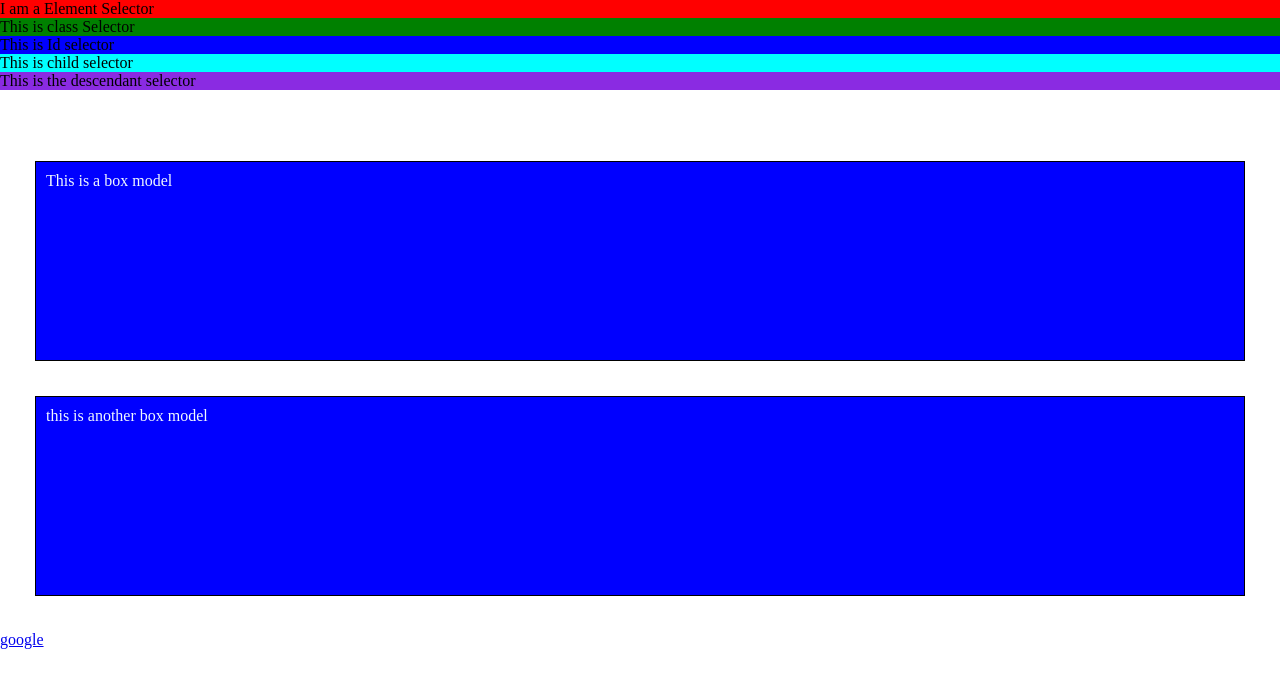
Repository: diensy/Web_dev
Page: first.css/selector.html
These files come from the project's save history. The page is drawn as it stood at one moment and after the next save; the edit follows.
The browser window is 1280 px wide. The pictures show the whole page.

Above is the page before, as saved 2024-05-22 20:38:51.

After the next save:
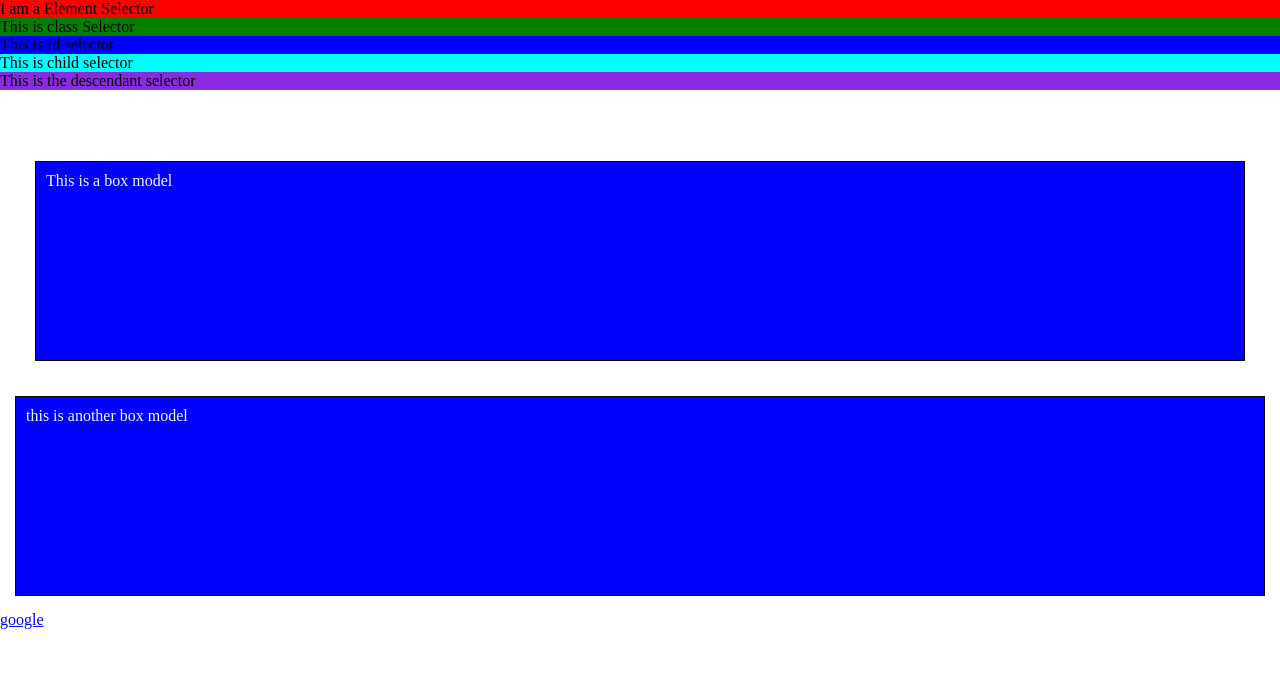
Saved 12 s later.
--- a/first.css/selector.html
+++ b/first.css/selector.html
@@ -52,7 +52,7 @@
       .box2 {
         color: aliceblue;
         background-color: blue;
-        margin: 35px;
+        margin: 15px;
         padding: 10px;
         border: 1px solid black;
         height: 200px;

After the 2 saves that followed:
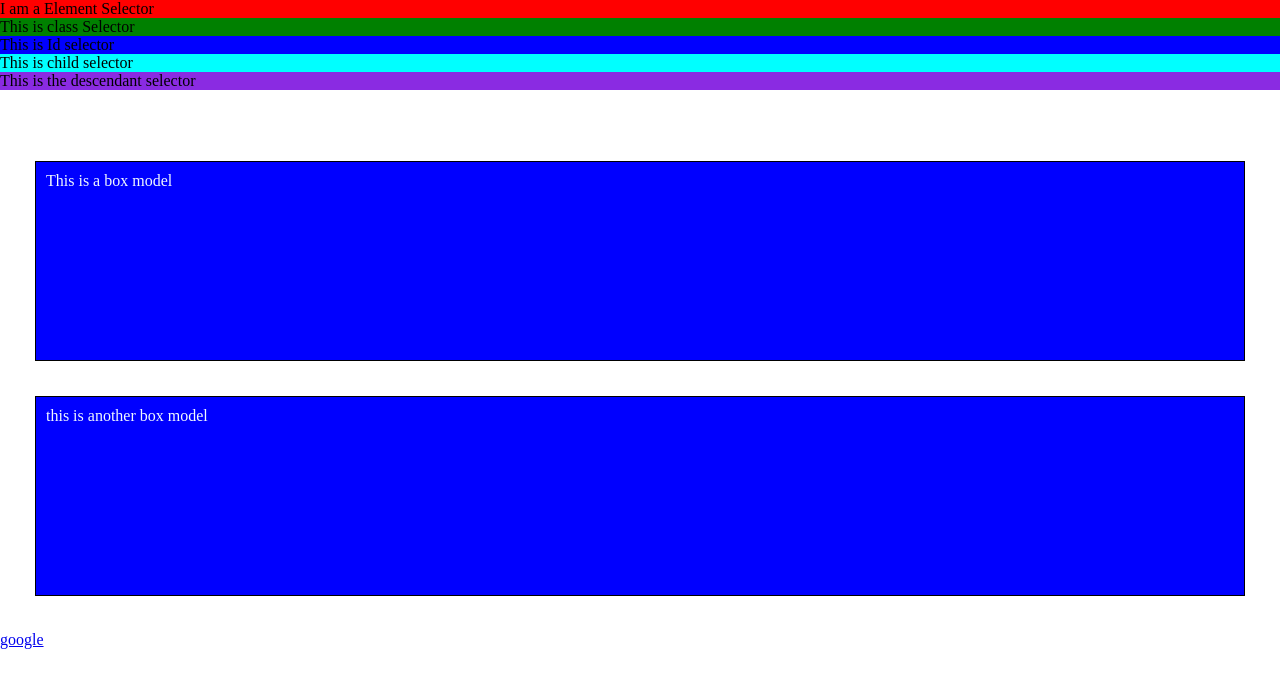
The 2 saves are shown as one change because they came seconds apart.
The last was saved 12 s later.
--- a/first.css/selector.html
+++ b/first.css/selector.html
@@ -52,7 +52,7 @@
       .box2 {
         color: aliceblue;
         background-color: blue;
-        margin: 15px;
+        margin: 35px;
         padding: 10px;
         border: 1px solid black;
         height: 200px;
